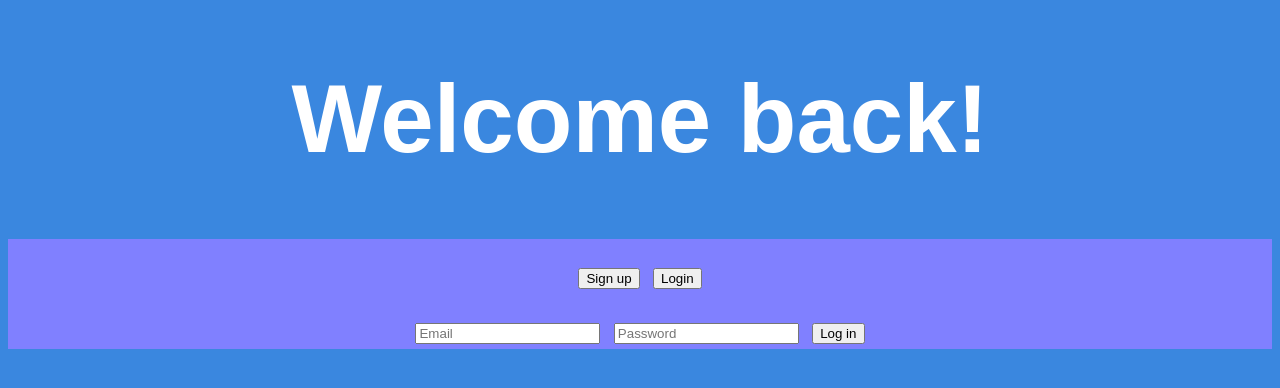
Repository: NicolasssCarlos/basic-flask-login
Page: http://localhost/
The author's editor kept a copy of each file at every save. The page is drawn from the files as they stood at one save, then again after the next save.
The browser window is 1280 px wide. The pictures show the whole page.
The page is served by the project's application, run on Flask 3 (app.py).

Above is the page before, as saved 2025-06-11 20:21:15.

After the next save:
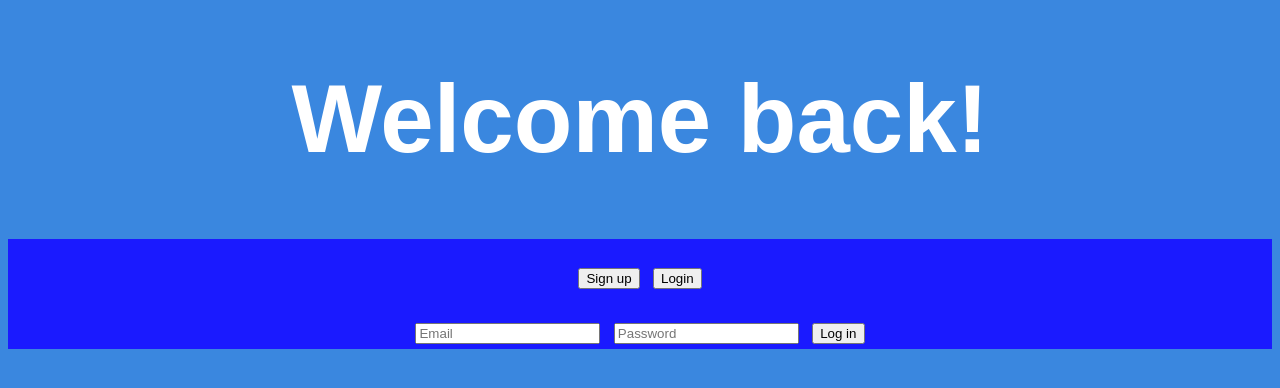
Saved 42 s later.
--- a/static/main.css
+++ b/static/main.css
@@ -47,5 +47,5 @@
     text-align: center;
 
 
-    background-color: #8080ff;
+    background-color: #1a1aff;
 }
